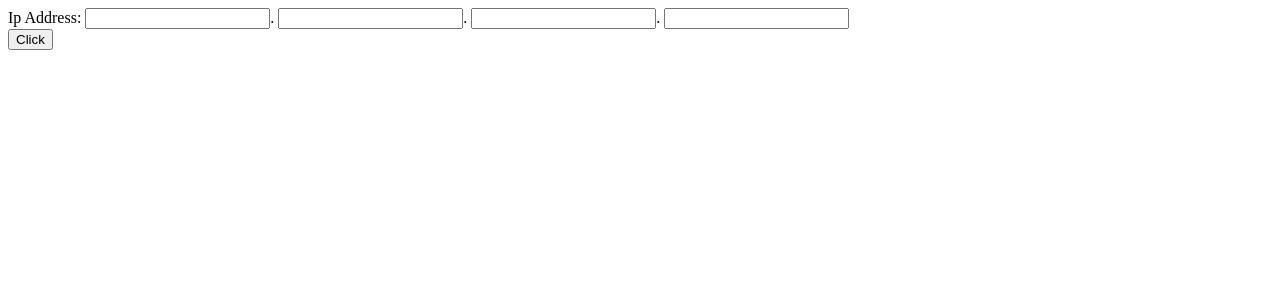
Repository: ravinforu/HTML5_CSS3_JS_Frameworks_Jul_2012-1
Page: Day01/WebContent/lab04.html
These files come from the project's save history. The page is drawn as it stood at one moment and after the next save; the edit follows.
The browser window is 1280 px wide. The pictures show the whole page.

Above is the page before, as saved 2012-07-20 10:36:56.

After the next save:
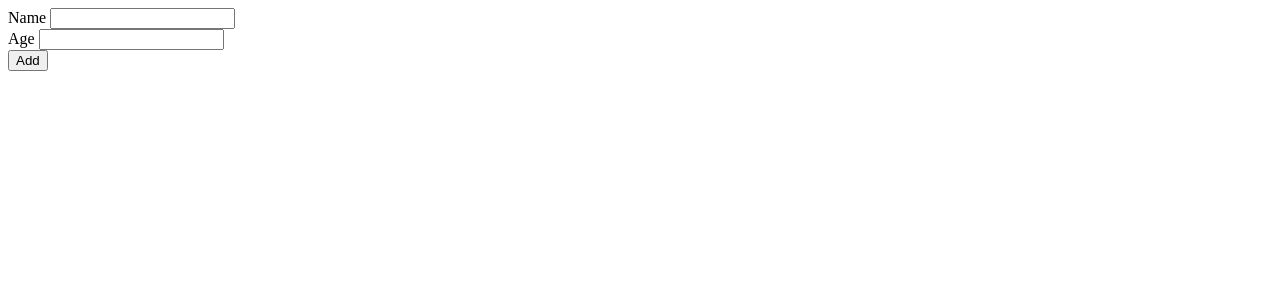
Saved 36 s later.
--- a/Day01/WebContent/lab04.html
+++ b/Day01/WebContent/lab04.html
@@ -8,12 +8,8 @@
 </script>
 </head>
 <body>
-	Ip Address:
-	<input type="text" id="octet1">.
-	<input type="text" id="octet2">.
-	<input type="text" id="octet3">.
-	<input type="text" id="octet4">
-	<br />
-	<input type="button" value="Click" id="clickBtn">
+	Name	<input type="text" id="nameText"><br/>
+	Age <input type="text" id="ageText"><br/>
+	<input type="button" value="Add" id="addBtn">
 </body>
 </html>
